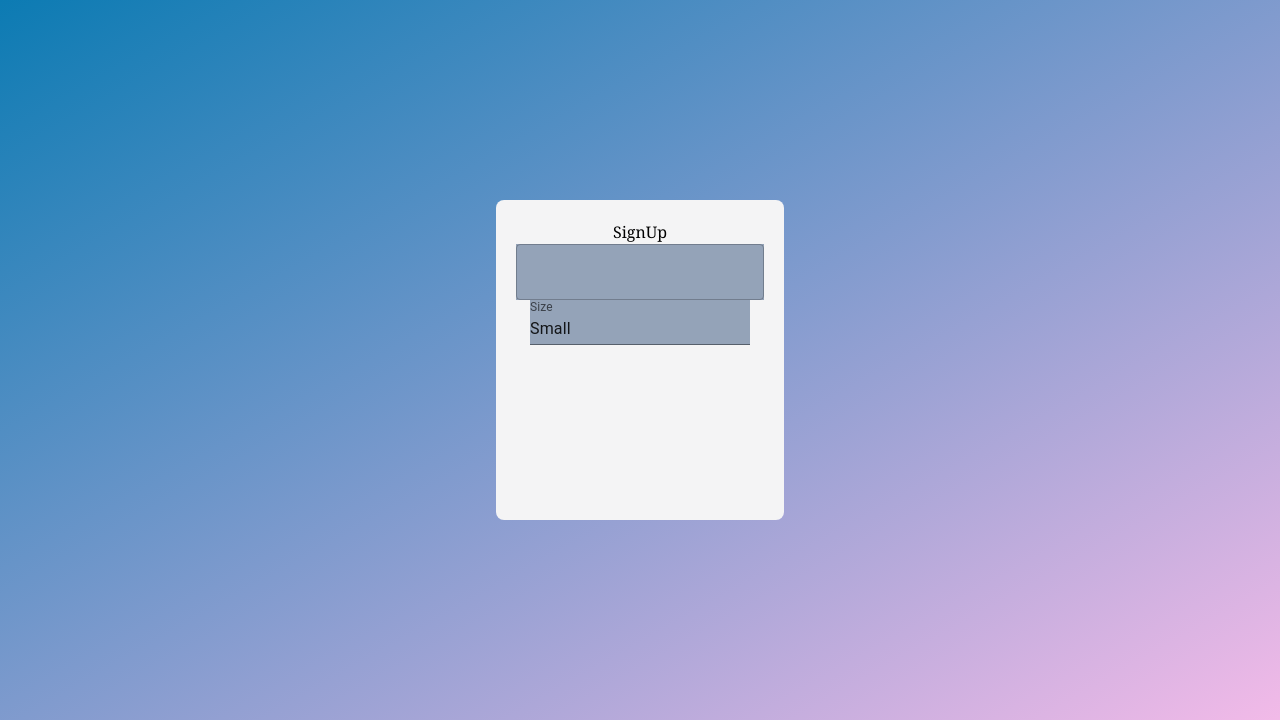
Repository: dhanapal2205/sazsfinance
Page: /SignUp
An editor plug-in stored every save of this project. The page is shown before and after the next save, followed by the edit.
The browser window is 1280 px wide. The pictures show the whole page.
The project was rebuilt for these pictures with package versions that can differ from the ones it lists, and the page was loaded fresh each time. The framework's server and built-in components were replaced by stand-ins that run in the browser. Also part of the build but not shown: next.config.js.

Above is the page before, as saved 2023-04-07 10:58:52.

After the next save:
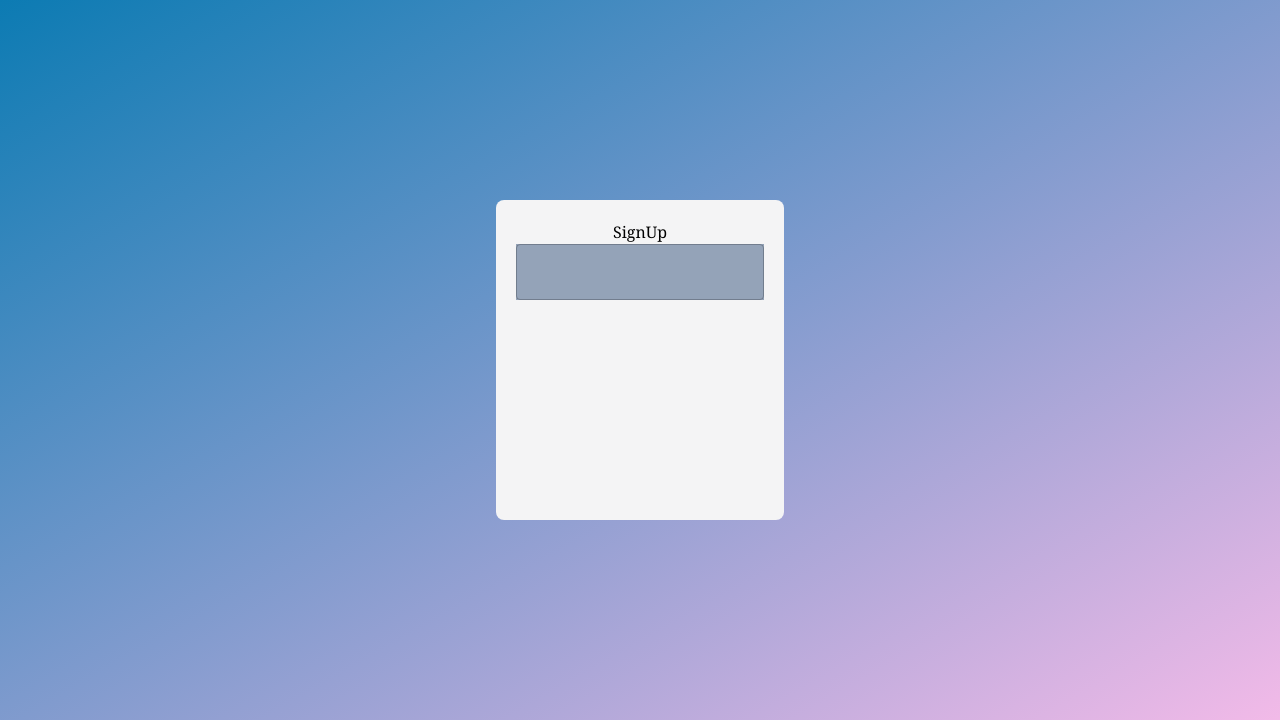
Saved 18 s later.
--- a/pages/SignUp.js
+++ b/pages/SignUp.js
@@ -13,14 +13,7 @@ const SignUp = () => {
           defaultValue="Small"
           size="small"
           variant="standard" ' />
-<TextField
-className='bg-slate-400 hover:bg-white place-content-center '
-          label="Size"
-          id="standard-size-small"
-          defaultValue="Small"
-          size="small"
-          variant="standard"
-        />
+
 
       </div>
 
